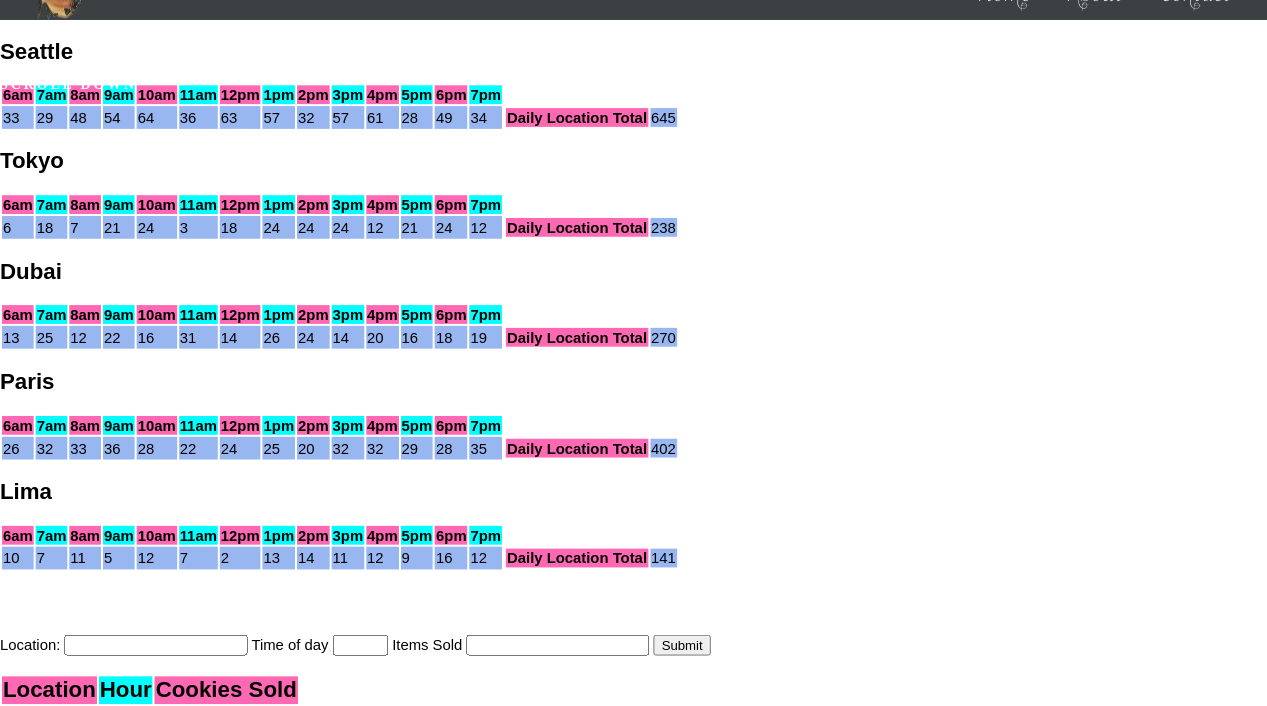
Repository: aaron1986/cookie_stand
Page: index.html
An editor plug-in stored every save of this project. The page is shown before and after the next save, followed by the edit.
The browser window is 1280 px wide. The pictures show the part of the page from y = 583 to 1544 px (the page is 1296 px tall before and 1544 px after), at 99% of full size.
A picture or video elsewhere on the page could not be fetched, so the positions and the page height are approximate.

Above is the page before, as saved 2023-09-28 15:36:05.

After the next save:
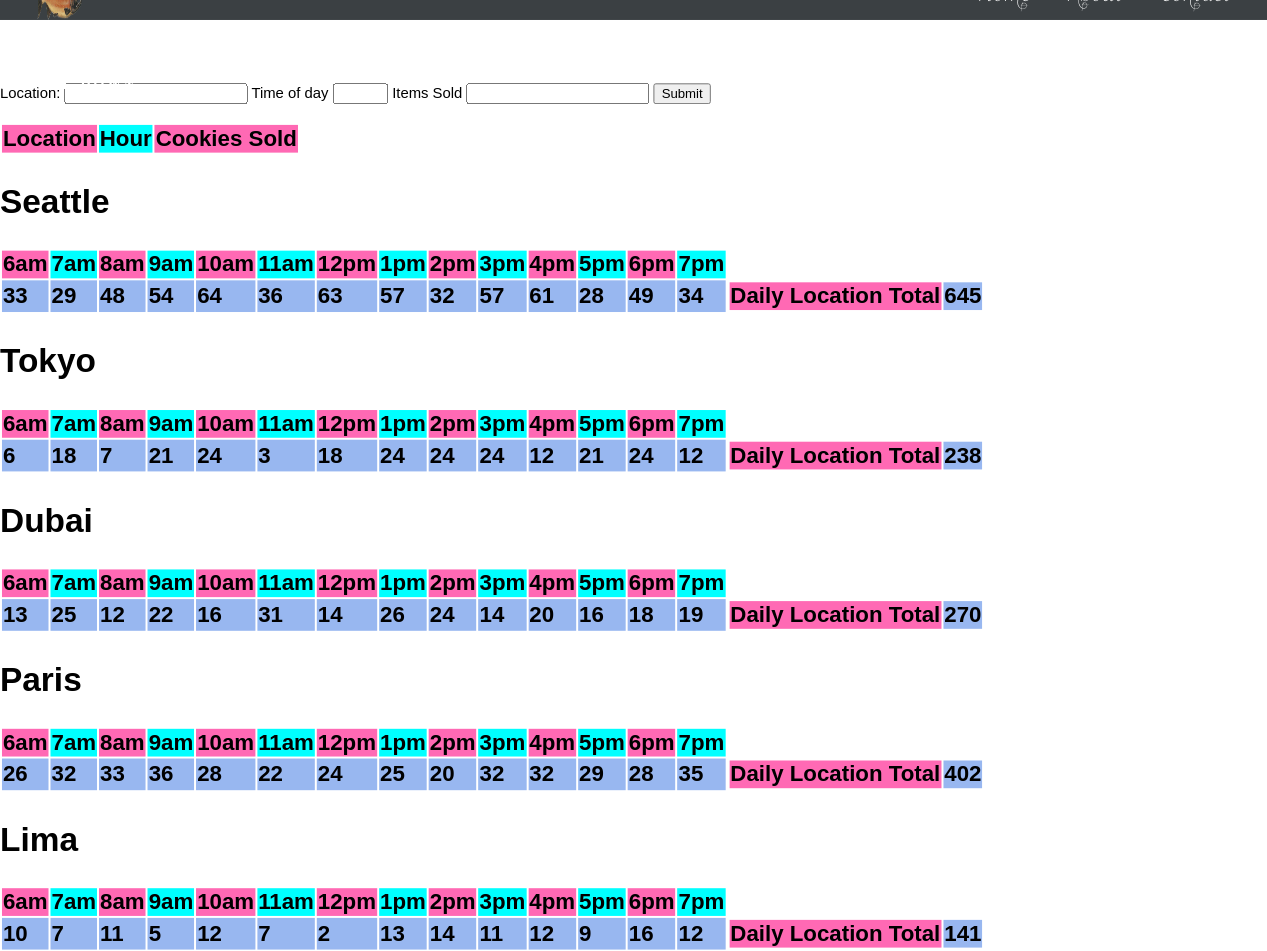
Saved 36 s later.
--- a/index.html
+++ b/index.html
@@ -38,10 +38,7 @@
 
          <!-- form to insert data into table -->
 
-         <div id="shop-location">
 
-
-         </div>
 
          <div class="container">
         <form id="cookiesShop">
